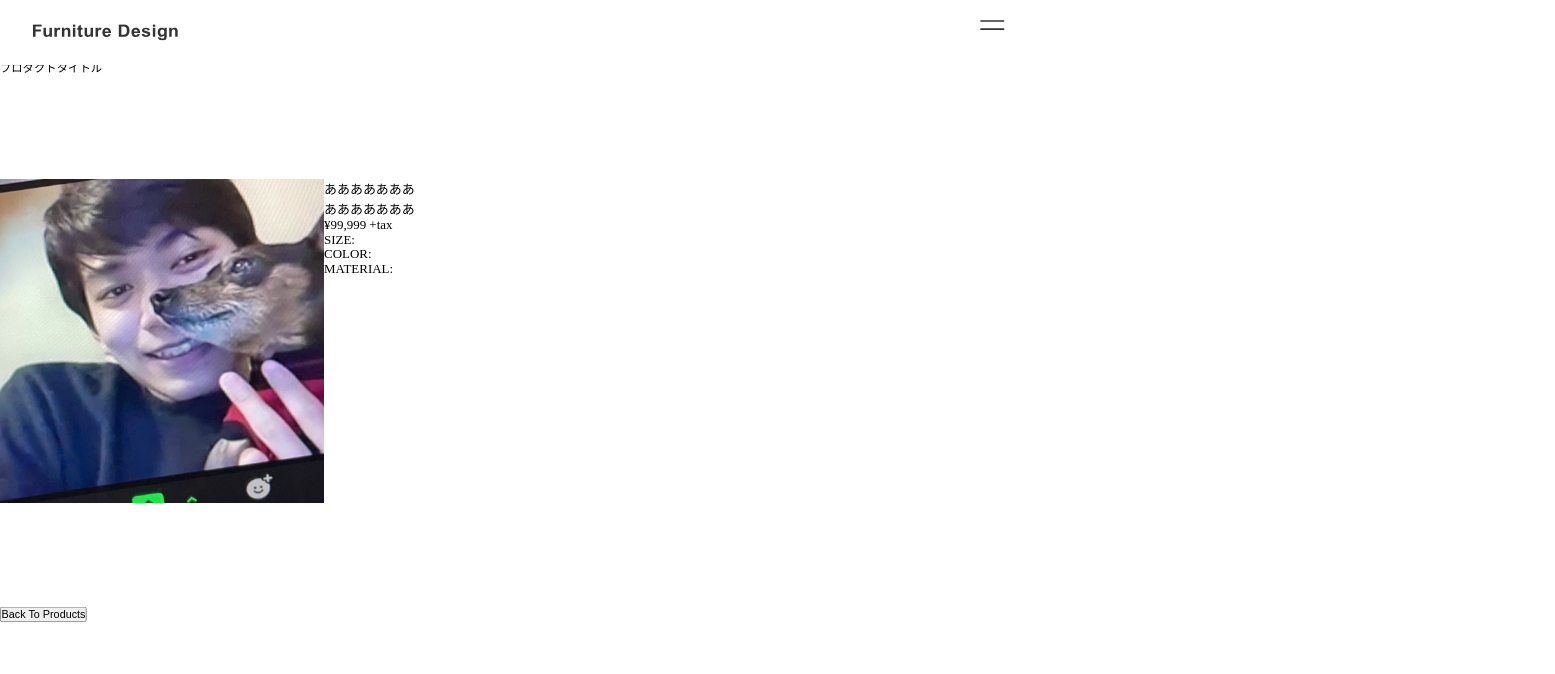
Repository: kohei23n/tenfeet
Page: menbers2/index.html
The author's editor kept a copy of each file at every save. The page is drawn from the files as they stood at one save, then again after the next save.
The browser window is 1280 px wide. The page is 1920 px wide, so the pictures cover 1920 px, including what lies to the right of the window. The pictures show the whole page, at 81% of full size.

Above is the page before, as saved 2022-02-08 21:51:07.

After the next save:
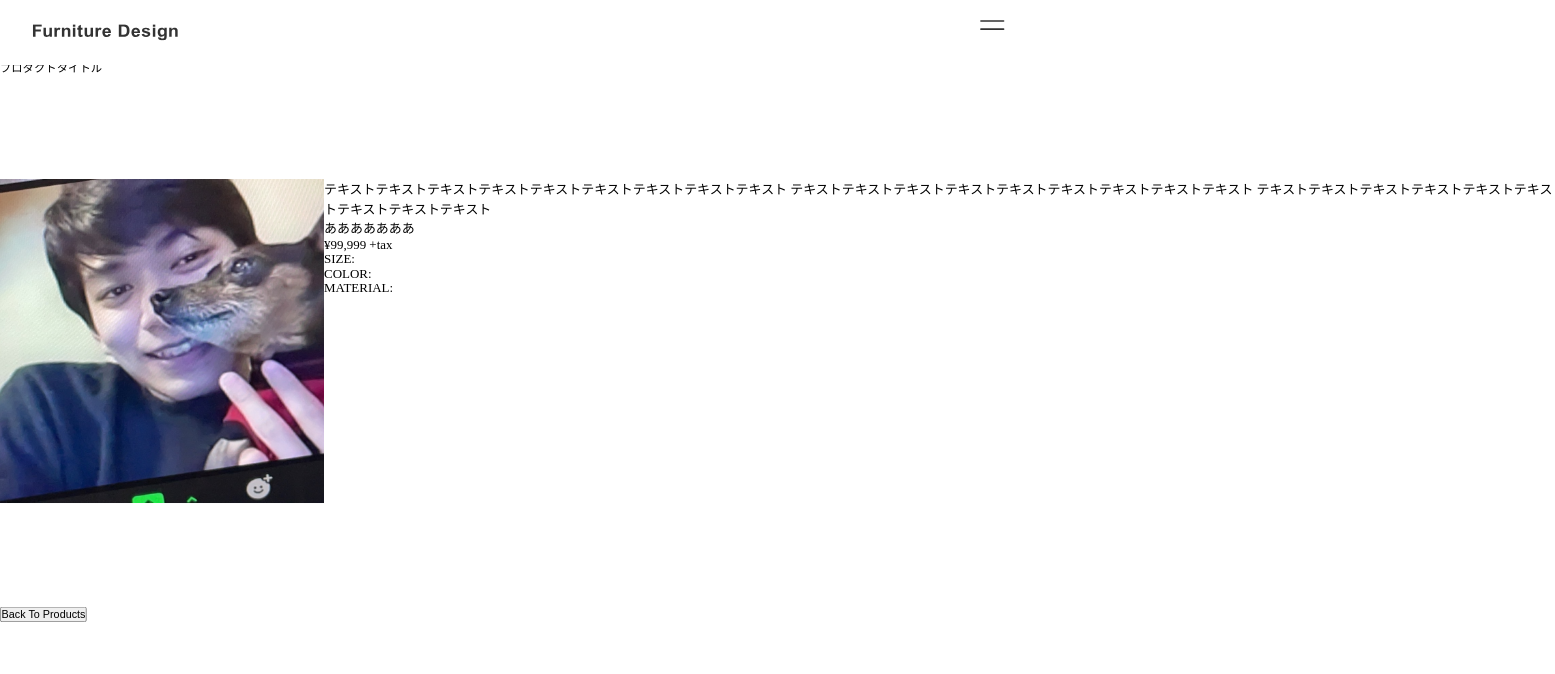
Saved 85 s later.
--- a/menbers2/menbers2.js
+++ b/menbers2/menbers2.js
@@ -2,7 +2,7 @@ let content = `<h1 class="member_name">プロダクトタイトル</h1>
 <section class="section_member">
 <img src="../img/9.jpg" alt="" class="member_img">
 <div class="member_content">
-        <p>あああああああ</p>
+        <p>テキストテキストテキストテキストテキストテキストテキストテキストテキスト テキストテキストテキストテキストテキストテキストテキストテキストテキスト テキストテキストテキストテキストテキストテキストテキストテキストテキスト</p>
         <p>あああああああ</p>
         <p>¥99,999 +tax</p>
         <p>SIZE: </p>
